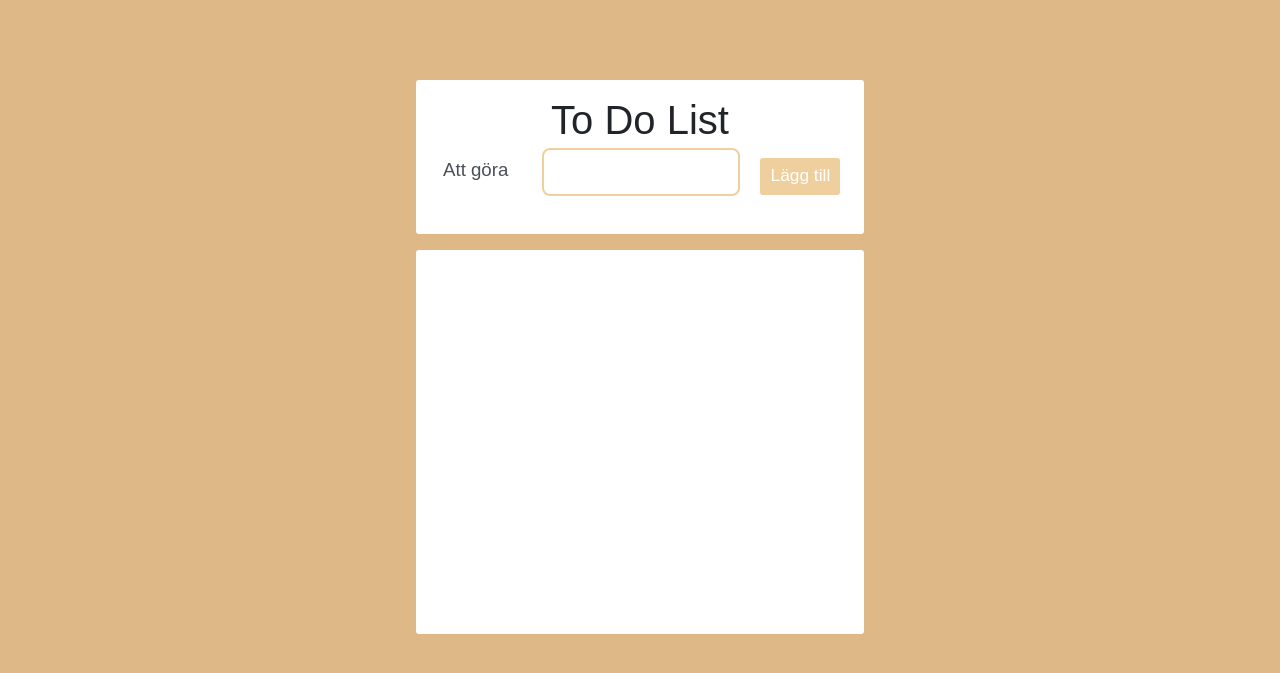
Repository: skepp4rn/todolist
Page: index.html
The author's editor kept a copy of each file at every save. The page is drawn from the files as they stood at one save, then again after the next save.
The browser window is 1280 px wide. The pictures show the whole page.
The page's requests for data from a server got no answer. Some web libraries are served in a nearby version.

Above is the page before, as saved 2021-01-28 12:26:19.

### index.html
<!DOCTYPE html>
<html lang="sv">
<head>
    <meta charset="UTF-8">
    <meta name="viewport" content="width=device-width, initial-scale=1.0">

    <script src="https://kit.fontawesome.com/ef4c0722a8.js" crossorigin="anonymous"></script>
    <link rel="stylesheet" href="https://cdn.jsdelivr.net/npm/bootstrap@4.5.3/dist/css/bootstrap.min.css" integrity="sha384-TX8t27EcRE3e/ihU7zmQxVncDAy5uIKz4rEkgIXeMed4M0jlfIDPvg6uqKI2xXr2" crossorigin="anonymous">
    <link rel="stylesheet" href="css/style.css">

    <title>To Do List</title>
</head>
<body>
    <div class="container">
        <div id="header">
            <h1>To Do List</h1>
        </div>

        <form class="form" id="form">
            <div class="form-control">
                <label>Att göra</label>
                <input type="text" id="addToDo">
                <i class="fas fa-check-circle"></i>
                <i class="fas fa-exclamation-circle"></i>
                <small>Error message</small>
            </div>

            <button id="btn">Lägg till</button>
        </form>
    </div>

    <div class="container2">
        <div id="list"></div>
    </div>

    <script src="https://code.jquery.com/jquery-3.5.1.slim.min.js" integrity="sha384-DfXdz2htPH0lsSSs5nCTpuj/zy4C+OGpamoFVy38MVBnE+IbbVYUew+OrCXaRkfj" crossorigin="anonymous"></script>
    <script src="https://cdn.jsdelivr.net/npm/bootstrap@4.5.3/dist/js/bootstrap.bundle.min.js" integrity="sha384-ho+j7jyWK8fNQe+A12Hb8AhRq26LrZ/JpcUGGOn+Y7RsweNrtN/tE3MoK7ZeZDyx" crossorigin="anonymous"></script>
    <script src="https://cdnjs.cloudflare.com/ajax/libs/uuid/8.1.0/uuidv4.min.js"></script>
    <script src="script.js"></script>
</body>

### css/style.css
*{
    box-sizing: border-box;
    margin: 0;
    padding: 0;
}

body {
    background-color: burlywood;
    font-family: Arial, Helvetica, sans-serif;
    display: grid;
    justify-content: center;
}

.container {
    width: 35vw;
    display: grid;
    justify-content: center;
    background-color: #ffffff;
    border-radius: 3px;
    margin-top: 5rem;
    padding-bottom: 2   rem;
    height: 12vw;
}

.container2 {
    width: 100%;
    display: grid;
    justify-content: center;
    background-color: #ffffff;
    border-radius: 3px;
    margin-top: 1rem;
    padding-bottom: 5rem;
    height: 30vw;
    overflow-y: auto;
}

#header {
    margin-top: 1rem;
    text-align: center;
}

#btn {
    border: none;
    border-radius: 3px;
    padding: 0.2rem;
    background-color: #f0cf9f;
    color: #ffffff;
    font-size: 13pt;
    width: 5rem;
    height: 2.3rem;
    align-self: center;
    margin-bottom: 200px;

}

.todobox {
    padding-top: 2rem;
    padding-bottom: 1rem;
    width: 32vw;
    display: grid;
    grid-template-columns: 5fr 1fr;
}

.knappar {
    display: grid;
    gap: 1rem;
}

.todoinput {
    display: flex;
    align-items: center;
}

.fa-trash {
    padding: 0.5rem;
    border: none;
    border-radius: 3px;
    color: #ffffff;
    background-color: #f0cf9f;
    width: 5rem;
}

.fa-undo {
    padding: 0.5rem;
    border: none;
    border-radius: 3px;
    color: #ffffff;
    background-color: #f0cf9f;
    width: 5rem;
}

.done {
    border: none;
    border-radius: 3px;
    padding: 0.2rem;
    background-color: #f0cf9f;
    color: #ffffff;
    font-family: Arial, Helvetica, sans-serif;
    font-size: 14pt;
    width: 4rem;
    height: 2.2rem;
}

.form-control {
    border: none;
    position: relative;
    height: 2rem;
    width: 100%;
    display: grid;
    grid-template-columns: 1fr 2fr;
    align-content: center;
}

.form label {
    display: flex;
    align-items: center;
    font-size: 14pt;
}


.form {
    display: grid;
    grid-template-columns: 3.3fr 1fr;
    justify-items: center;
    height: 70px;
}

.form-control input {
    border: 2px solid #f0cf9f;
    border-radius: 8px;
    display: block;
    width: 100%;
    margin-bottom: 0.2rem;
    padding: 1rem;
    font-family: Arial, Helvetica, sans-serif;
    font-size: 14pt;
    height: 3rem;
}

.form-control.error input {
    border-color: #e74c3c;
}

.form-control i {
    visibility: hidden;
    position: absolute;
    top: 2.4rem;
    right: 1.5rem;
}


.form-control.error i.fa-exclamation-circle {
    visibility: visible;
    color: #e74c3c;
}

.form-control small {
    visibility: hidden;
    position: absolute;
    bottom: 0;
    left: 7vw;
}

.form-control.error small {
    visibility: visible;
    color: #e74c3c;
}

### script.js
let ToDo = [];
let addToDos = document.getElementById('addToDo');
let form = document.getElementById('form');
let check = false;
let btn = document.getElementById('subbtn');
let list = document.querySelector('#list');
const fetchTodos = () => {
    fetch('https://jsonplaceholder.typicode.com/todos?_start20=&_limit=10')
    .then(res => res.json())
    .then(data => {
      ToDo = data;
      listelement(ToDo);
    })
}
fetchTodos();

const listelement = (ToDo) => {
    list.innerHTML = '';
    ToDo.forEach(todo => {
        list.innerHTML += newTodo(todo);
    })
    console.log(ToDo);
}

const newTodo = todo => {

    let template = todo.completed ? `
    <div id="${todo.id}" class="todoinput completed">
        <div class="todobox">
          <h3 class="title">${todo.title}</h3>
            <div class="knappar">
                <button class="fas fa-undo"></button>
                <button class="fas fa-trash"></button>
            </div>
        </div>
    </div>
    `
    : `
    <div id="${todo.id}" class="todoinput">
        <div class="todobox">
            <h3 class="title">${todo.title}</h3>
            <button class="done">Done</button>
        </div>
    </div>
    `
    return template
  }


  const createTodo = (title) => {

    fetch('https://jsonplaceholder.typicode.com/todos',{
      method: 'POST',
      headers: {
        'Content-type': 'application/json; charset=UTF-8'
      },
      body: JSON.stringify({
        title,
        completed: false
      })
    })
    .then(res => res.json())
    .then(data => {
        let _todo = {
            title: data.title,
            completed: data.completed,
            id: uuidv4()
        }
      console.log(data)
      ToDo.unshift(_todo);
      listelement(ToDo);
    })
}

form.addEventListener('submit', (e) => {
    e.preventDefault();

    checkInputs();

    if(check == true) {
        removeinput(addToDos);

        createTodo(addToDos.value)
        listelement(ToDo);

        addToDos.value = '';
    }
});

function checkInputs() {
    let addToDosValue = addToDos.value.trim();

    if(addToDosValue === ``) {
    setErrorFor(addToDos, `Du måste skriva något!`);

    } else {
        setSuccessFor(addToDos);
    }
}

function setErrorFor(input, message) {
    let formControl = input.parentElement;
    let small = formControl.querySelector('small');
    small.innerText = message;
    formControl.className = 'form-control error';
    check = false;
}

function setSuccessFor(input) {
    let formControl = input.parentElement;
    formControl.className = 'form-control success';
    check = true;
}

function removeinput(input) {
    let formControl = input.parentElement;
    formControl.className = 'form-control';
}

list.addEventListener('click', (e) => {
    if(e.target.classList.contains('done')) {
        complete(e.target.parentNode.parentNode.id)
    }
    else if(e.target.classList.contains('fa-undo')) {
        complete(e.target.parentNode.parentNode.parentNode.id)
    }
})

function complete(id) {
    ToDo.map(todo => {
        if(todo.id == id){
            todo.completed = !todo.completed
        }
        return todo
    })
    listelement(ToDo)
}

list.addEventListener('click', (e) => {

    if(e.target.classList.contains('fa-trash')) {
        ToDo = ToDo.filter(removetodo => removetodo.id != e.target.parentNode.parentNode.parentNode.id)
        listelement(ToDo)
    }
});

After the next save:
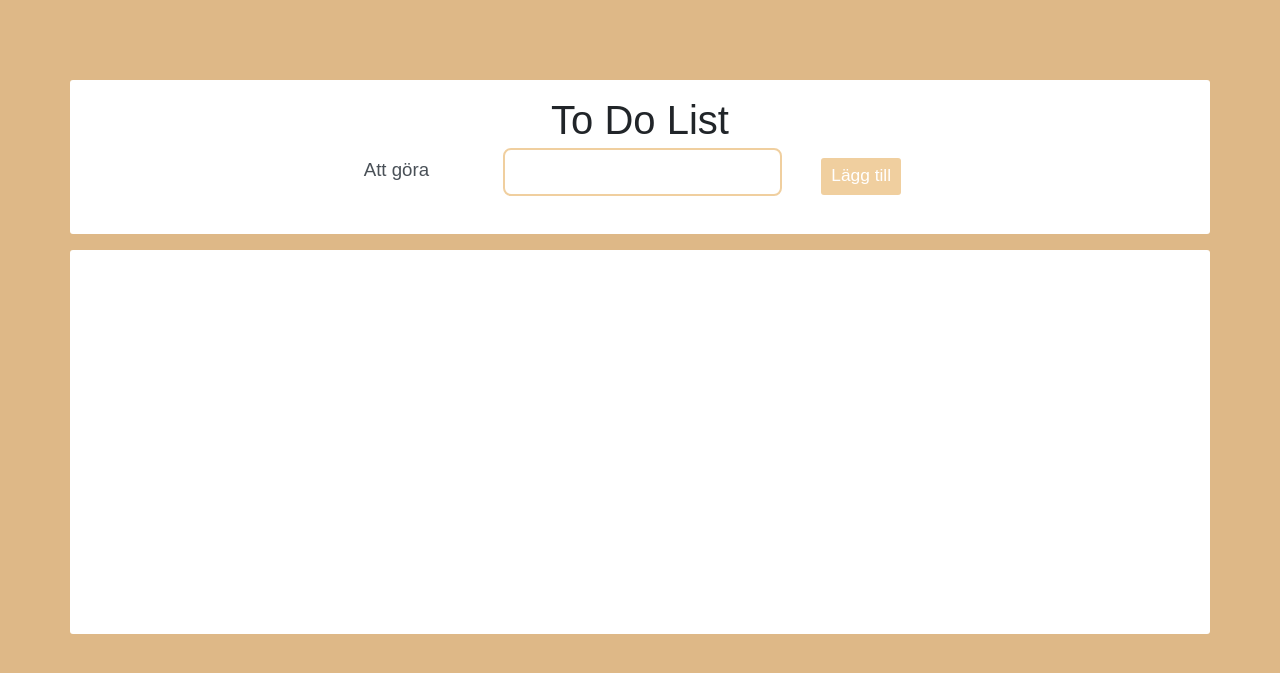
Saved 32 s later.
--- a/css/style.css
+++ b/css/style.css
@@ -12,7 +12,7 @@ body {
 }
 
 .container {
-    width: 35vw;
+    width: 100vw;
     display: grid;
     justify-content: center;
     background-color: #ffffff;
